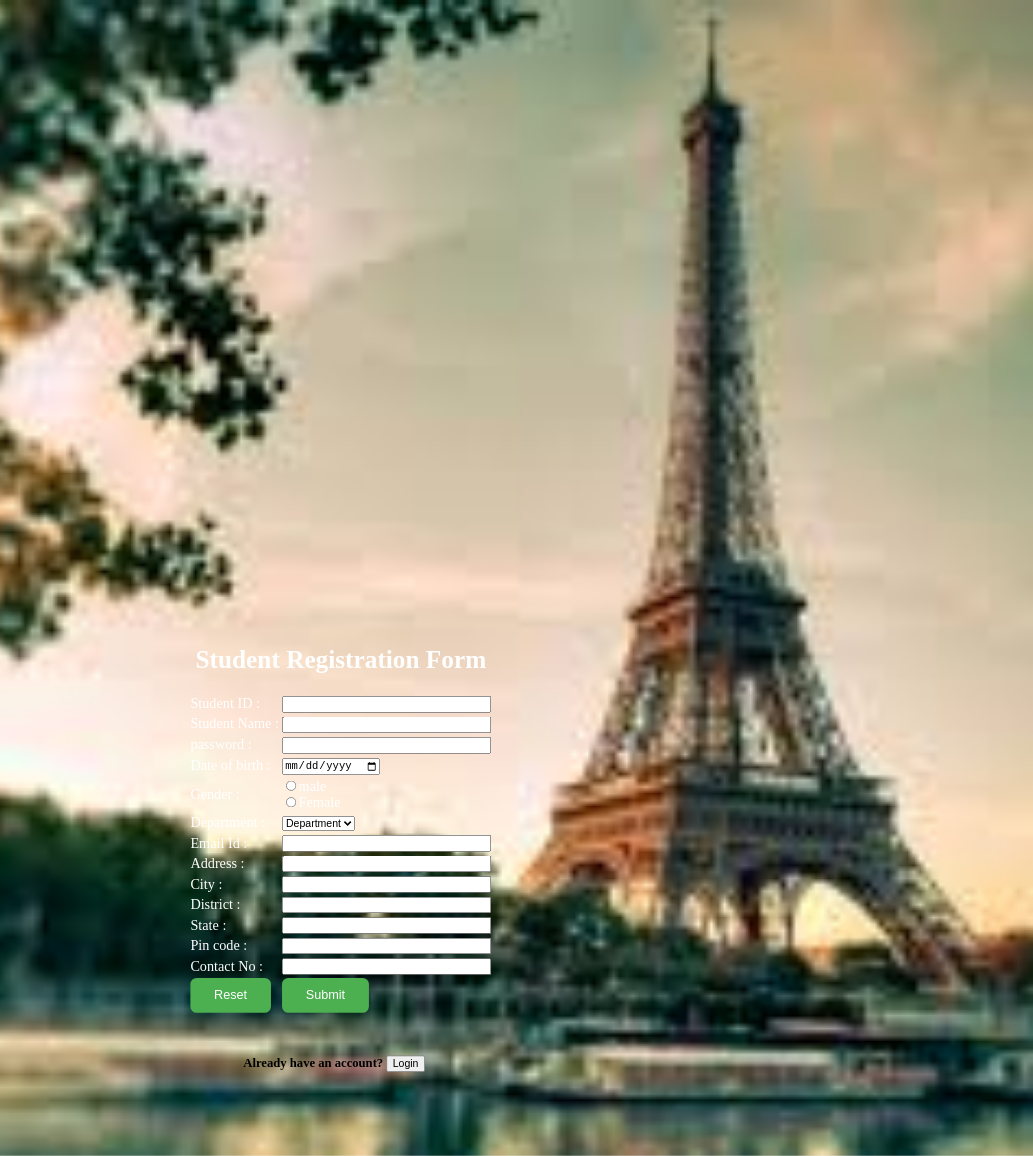
Repository: srikanthModugu/jdbc-servlet-jsp
Page: SutudentRegistration/WebContent/Registration.html
An editor plug-in stored every save of this project. The page is shown before and after the next save, followed by the edit.
The browser window is 1280 px wide. The page is 1308 px wide, so the pictures cover 1308 px, including what lies to the right of the window. The pictures show the whole page, at 79% of full size.

Above is the page before, as saved 2017-10-02 14:52:18.
Console error: SyntaxError: Unexpected end of input

### SutudentRegistration/WebContent/Registration.html
<!DOCTYPE html>
<html>
<head>
<meta charset="UTF-8">
<title>Registration Page</title>
<style type="text/css">
.button {
	border: none;
	border-radius: 8px;
	color: white;
	padding: 13px 30px;
	text-align: center;
	text-decoration: none;
	background-color: #4CAF50;
	display: inline-block;
	font-size: 16px;
}
.bg {
    /* The image used */
    background-image: url("backGround.jpeg");

    /* Full height */
    height: 100%;

    /* Center and scale the image nicely */
    background-position: center;
    background-repeat: no-repeat;
    background-size: cover;
}

input[type=submit]
{
	border: none;
	border-radius: 8px;
	color: white;
	padding: 13px 30px;
	text-align: center;
	text-decoration: none;

	display: inline-block;
	font-size: 16px;
}

button:hover {
	background-color: #4CAF50;
	color: white;
	box-shadow: 0 12px 16px 0 rgba(0, 0, 0, 0.24), 0 17px 50px 0
		rgba(0, 0, 0, 0.19);
}

td {
	font-size: 18px;
}
</style>

<script type="text/javascript">
function validateform(){
	var name=document.myform.studentName.value;
	var password=document.myform.password.value;

	if (name==null || name==""){
	  alert("Name can't be blank");
	  return false;
	}else if(password.length<6){
	  alert("Password must be at least 6 characters long.");
	  return false;
	  }
</script>

</head>
<body class="bg">
	<div style="height: 755px; width: 1300px; ">


	</div>


		<div style="height: 700px; width: 1300px; color: white; float: left;">

			<div style="height: 700px; width: 200px;  float: left;">

			</div>

			<div
				style="height: 700px; width: 700px;  color: black; float: left;">
				<form action="Registerformservlet" method="get"  onsubmit="return validateform()" name="myform"  >
					<table style="height: 600; width: 700; margin: 30px;  color: white;">

						<tr>
							<th colspan="2"><h1>Student Registration Form</h1></th>
						</tr>

						<tr>
							<td>Student ID :</td>
							<td><input type='text' name='studentid' size='30'><br></td>
						</tr>

						<tr>
							<td>Student Name :</td>
							<td><input type='text' name='studentName' size='30'><br></td>
						</tr>

						<tr>
							<td>password :</td>
							<td><input type='password' name='password' size='30'><br></td>
						</tr>

						<tr>
							<td>Date of birth :</td>
							<td><input type='date' name="DOB">
							<br></td>
						</tr>

						<tr>
							<td>Gender :</td>
							<td><input type='radio' name='gender' value='male'>male<br>
								<input type='radio' name='gender' value='female'>Female<br></td>
						</tr>

						<tr>
							<td>Department :</td>
							<td><select name='department'>
									<option>Department</option>
									<option>Computer</option>
									<option>Civil</option>
									<option>E & TC</option>
									<option>Mechanical</option>
									<option>IT</option>
							</select></td>
						</tr>

						<tr>
							<td>Email Id :</td>
							<td><input type='email' name='emailId' size='30'><br></td>
						</tr>

						<tr>
							<td>Address :</td>
							<td><input type='text' name='address' size='30'><br></td>
						</tr>

						<tr>
							<td>City :</td>
							<td><input type='text' name='city' size='30'><br></td>
						</tr>

						<tr>
							<td>District :</td>
							<td><input type='text' name='district' size='30'><br></td>
						</tr>

						<tr>
							<td>State :</td>
							<td><input type='text' name='state' size='30'><br></td>
						</tr>

						<tr>
							<td>Pin code :</td>
							<td><input type='text' name='pincode' size='30'
								pattern="[0-9]{4}" maxlength="6"><br></td>
						</tr>

						<tr>
							<td>Contact No :</td>
							<td><input type='text' name='contactNo' size='30'><br></td>
						</tr>


						<tr>
							<td><button class="button" type="submit" formaction="RegisterForm.html">Reset</button></td>
							<td><input class="button" type="submit" value="Submit"></td>
						</tr>
					</table>

					<div
						style="height: 25px; width: 400px;  color: black; float: left; margin-left: 100px">
						<h4>
							Already have an account?
							<button type="submit" formaction="LoginPage.html">Login</button>
						</h4>
					</div>
				</form>


			</div>

	</div>

</html>

After the next save:
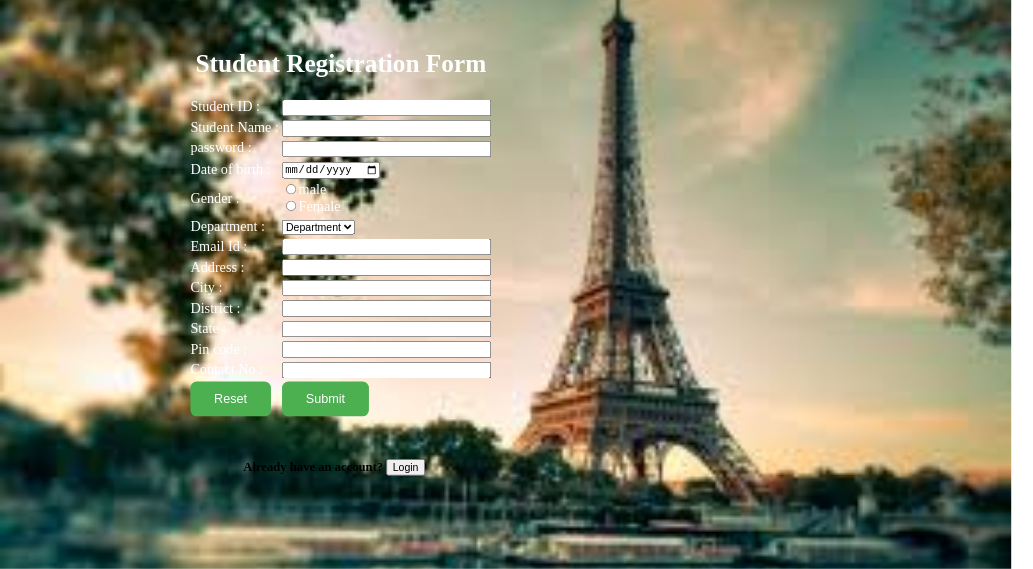
Saved 23 s later.
--- a/SutudentRegistration/WebContent/Registration.html
+++ b/SutudentRegistration/WebContent/Registration.html
@@ -69,10 +69,7 @@ function validateform(){
 
 </head>
 <body class="bg">
-	<div style="height: 755px; width: 1300px; ">
 
-
-	</div>
 
 
 		<div style="height: 700px; width: 1300px; color: white; float: left;">
